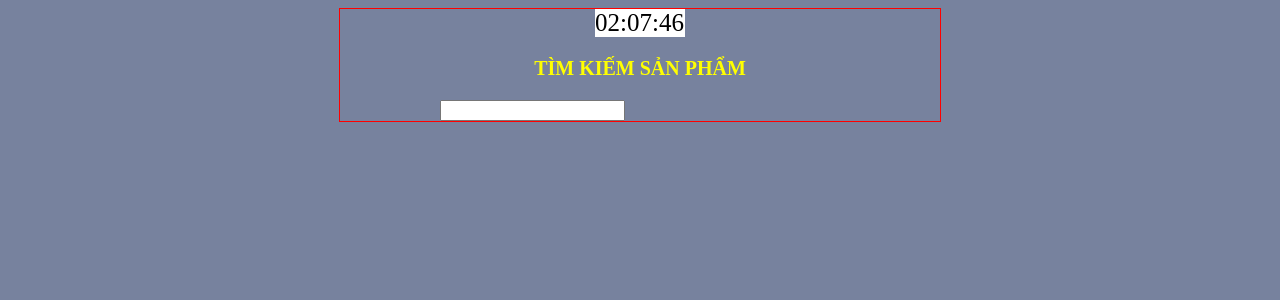
Repository: Tan-Khang21/TH_TKW--Buoi_03
Page: BT_ve_nha/Bai_1/left.html
These files come from the project's save history. The page is drawn as it stood at one moment and after the next save; the edit follows.
The browser window is 1280 px wide. The pictures show the whole page.

Above is the page before, as saved 2024-02-28 20:11:52.

### BT_ve_nha/Bai_1/left.html
<!DOCTYPE html>
<html lang="en">
  <head>
    <meta charset="UTF-8" />
    <meta name="viewport" content="width=device-width, initial-scale=1.0" />
    <title>Document</title>
  </head>
  <body style="background-color: #77829e">
    <div style="width: 600px; margin: 0 auto; border: 1px solid red;">
      <div style="margin: 0 auto; width:90px; background-color: white; font-size: 25px;">02:07:46</div>
      <p style="color: yellow; font-size: 20px; font-weight: bold; text-align: center;">TÌM KIẾM SẢN PHẨM</p>
      <form>
        <input type="text" style="margin-left: 100px;">
      </form>
    </div>
  </body>
</html>

After the next save:
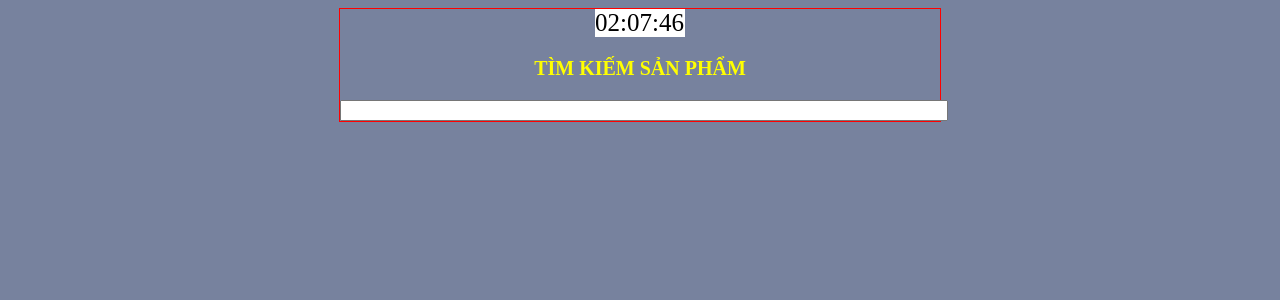
Saved 45 s later.
--- a/BT_ve_nha/Bai_1/left.html
+++ b/BT_ve_nha/Bai_1/left.html
@@ -10,7 +10,7 @@
       <div style="margin: 0 auto; width:90px; background-color: white; font-size: 25px;">02:07:46</div>
       <p style="color: yellow; font-size: 20px; font-weight: bold; text-align: center;">TÌM KIẾM SẢN PHẨM</p>
       <form>
-        <input type="text" style="margin-left: 100px;">
+        <input type="text" style="width: 600px;">
       </form>
     </div>
   </body>
